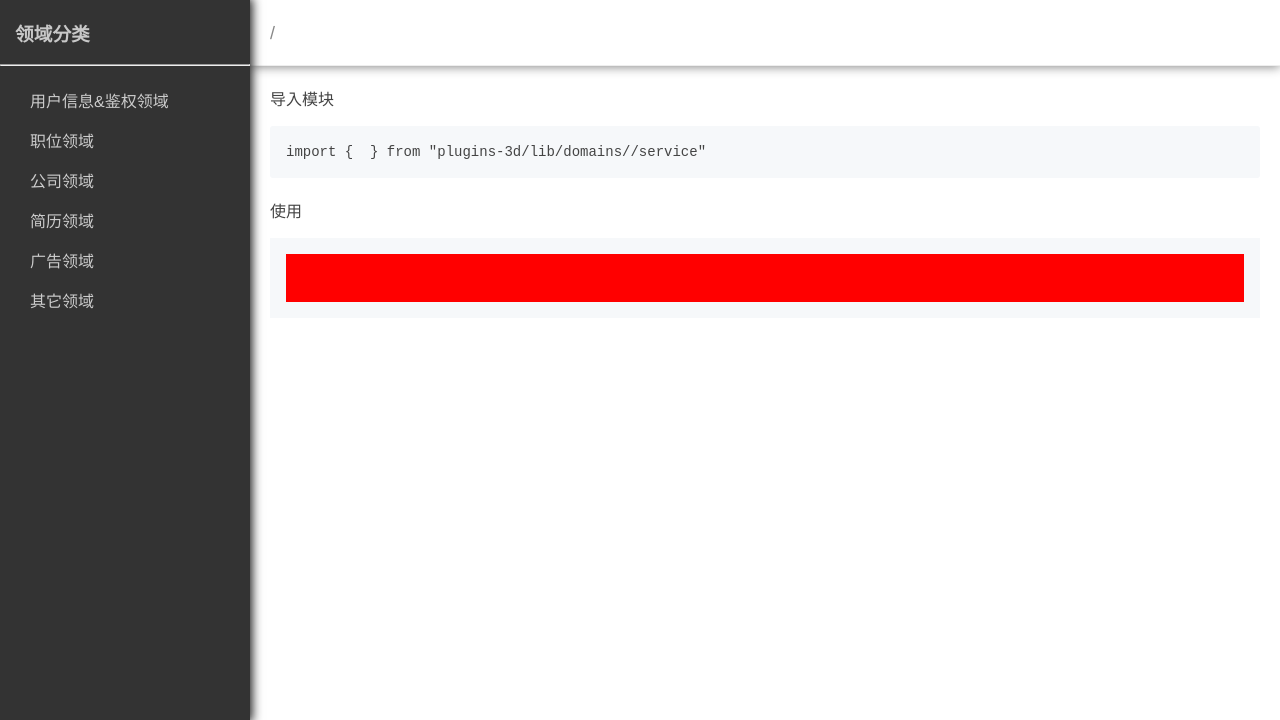
Repository: lsliangshan/inig-3d-doc
Page: /detail
An editor plug-in stored every save of this project. The page is shown before and after the next save, followed by the edit.
The browser window is 1280 px wide. The pictures show the whole page.
An inner scrolling area shows only its first screen. The project was rebuilt for these pictures with package versions that can differ from the ones it lists, and the page was loaded fresh each time. Also part of the build but not shown: vue.config.js, src/components/HelloWorld.vue, src/views/Home.vue, src/components/User.vue, src/components/Position.vue, src/components/Company.vue, src/components/Resume.vue, src/components/Ads.vue and 1 more. Imported but missing from the stored project, and not drawn on this page: ../plugins-3d/lib/domains/job/service, ../plugins-3d/lib/domains/user/service.

Above is the page before, as saved 2019-08-08 21:32:06.

### public/index.html
<!DOCTYPE html>
<html lang="en">
  <head>
    <meta charset="utf-8">
    <meta http-equiv="X-UA-Compatible" content="IE=edge">
    <meta name="viewport" content="width=device-width,initial-scale=1.0">
    <link rel="icon" href="<%= BASE_URL %>favicon.ico">
    <title>test-3d</title>
  </head>
  <body>
    <noscript>
      <strong>We're sorry but test-3d doesn't work properly without JavaScript enabled. Please enable it to continue.</strong>
    </noscript>
    <div id="app"></div>
    <!-- built files will be auto injected -->
  </body>
</html>

### src/App.vue
<template>
  <div id="app">
    <div class="nav">
      <h3>领域分类</h3>
      <hr>
      <ul>
        <li v-for="(domain, index) in menus"
            :key="index">
          <a href="javascript: void(0)"
             :class="{active: $route.params && (domain.name === $route.params.domain) }"
             @click="toggleMenu(index)">{{domain.label}}</a>
          <div class="sub_items"
               :style="{height: index === openedMenu ? (domain.children.length * 40 + (domain.children.length > 0 ? 20 : 0) + 'px') : 0}">
            <div class="sub_item_inner"
                 :style="{padding: domain.children.length > 0 ? '5px 15px' : '0'}">
              <div class="sub_item"
                   v-for="(item, index) in domain.children"
                   :key="index">
                <a href="javascript: void(0)"
                   :class="{active: $route.params.methods === item.name}"
                   @click="navigateTo(domain.name, item.name, item.params, item.label)">{{item.label}}</a>
              </div>
            </div>
          </div>
        </li>
      </ul>
    </div>
    <div class="content">
      <div class="inner">
        <router-view :params="currentParems" />
      </div>
    </div>
    <all-svgs></all-svgs>
  </div>
</template>
<script>
  export default {
    name: 'App',
    components: {
      AllSvgs: () => import('./Svgs')
    },
    data () {
      return {
        openedMenu: -1,
        activeSubMenu: '',
        currentParems: {},
        menus: [
          {
            label: '用户信息&鉴权领域',
            name: 'user',
            children: [
              {
                label: '登录',
                name: 'login',
                params: {
                  'username': {
                    type: 'String',
                    default: 'ls',
                    label: '用户名'
                  },
                  'password': {
                    type: 'String',
                    default: '123123',
                    label: '密码'
                  }
                }
              },
              {
                label: '注册',
                name: 'register',
                params: {}
              },
              {
                label: '获取用户详情',
                name: 'getUserDetail',
                params: {}
              }
            ]
          },
          {
            label: '职位领域',
            name: 'job',
            children: [
              {
                label: '获取职位详情',
                name: 'requestJobDetail',
                params: {
                  'number': {
                    type: 'String',
                    default: '',
                    label: '职位详情'
                  }
                }
              },
              {
                label: '获取相似职位',
                name: 'requestSimilarJobs',
                params: {
                  'number': {
                    type: 'String',
                    default: '',
                    label: '职位详情'
                  }
                }
              },
              {
                label: '获取在招职位',
                name: 'requestAreaJobs',
                params: {
                  'number': {
                    type: 'String',
                    default: '',
                    label: '职位详情'
                  }
                }
              },
              {
                label: '获取在招职位所在城市',
                name: 'requestAreaJobCity',
                params: {
                  'number': {
                    type: 'String',
                    default: '',
                    label: '职位详情'
                  }
                }
              },
              {
                label: '收藏职位',
                name: 'requestJobCollection',
                params: {
                  'number': {
                    type: 'String',
                    default: '',
                    label: '职位详情'
                  }
                }
              },
              {
                label: '投递职位',
                name: 'requestJobDeliver',
                params: {
                  'number': {
                    type: 'String',
                    default: '',
                    label: '职位详情'
                  }
                }
              },
              {
                label: '获取职位投递状态',
                name: 'requestJobDeliverStatus',
                params: {
                  'number': {
                    type: 'String',
                    default: '',
                    label: '职位详情'
                  }
                }
              },
              {
                label: '获取最佳雇主',
                name: 'requestBestEmployer',
                params: {
                  'number': {
                    type: 'String',
                    default: '',
                    label: '职位详情'
                  }
                }
              },
              {
                label: '获取最佳雇主评论',
                name: 'requestBestEmployerComment',
                params: {
                  'number': {
                    type: 'String',
                    default: '',
                    label: '职位详情'
                  }
                }
              },
              {
                label: '获取职位的小程序二维码',
                name: 'requestJobMpQrcode',
                params: {
                  'number': {
                    type: 'String',
                    default: '',
                    label: '职位详情'
                  }
                }
              }
            ]
          },
          {
            label: '公司领域',
            name: 'company',
            children: [

            ]
          },
          {
            label: '简历领域',
            name: 'resume',
            children: [

            ]
          },
          {
            label: '广告领域',
            name: 'ads',
            children: [

            ]
          },
          {
            label: '其它领域',
            name: 'other',
            children: [

            ]
          }
        ]
      }
    },
    created () {
      this.openedMenu = this.findOpenedMenuIndex()
      this.currentParems = this.findCurrentParams()
    },
    methods: {
      toggleMenu (index) {
        this.openedMenu = (this.openedMenu === index ? -1 : index)
      },
      findCurrentParams () {
        let i = 0
        let menus = this.menus
        let outParams = []
        for (i; i < menus.length; i++) {
          if (menus[i].name != this.$route.params.domain) {
            continue
          } else {
            for (let j = 0; j < menus[i].children.length; j++) {
              if (menus[i].children[j].name !== this.$route.params.methods) {
                continue
              } else {
                outParams = menus[i].children[j].params
                j = menus[i].children.length
              }
            }
          }
        }
        return outParams
      },
      findOpenedMenuIndex () {
        let i = 0
        let outIndex = -1
        let menus = this.menus
        for (i; i < menus.length; i++) {
          if (this.$route.params.domain === menus[i].name) {
            outIndex = i
            i = menus.length
          }
        }
        return outIndex
      },
      navigateTo (domain, methods, params, label) {
        this.currentParems = params
        document.title = label
        this.$router.replace({
          path: '/' + domain + '/' + methods
        })
      }
    }
  }
</script>

<style>
  body,
  html {
    width: 100%;
    height: 100%;
    padding: 0;
    margin: 0;
  }
  #app {
    font-family: "Avenir", Helvetica, Arial, sans-serif;
    -webkit-font-smoothing: antialiased;
    -moz-osx-font-smoothing: grayscale;
    color: #2c3e50;
    width: 100%;
    height: 100%;
    display: flex;
    flex-direction: row;
  }
  .nav {
    width: 250px;
    height: 100%;
    background-color: #333;
    box-shadow: 0 0 10px 2px #111;
    z-index: 2;
  }
  .nav h3 {
    padding: 0 15px;
    box-sizing: border-box;
    color: #c8c8c8;
  }
  .nav ul {
    height: calc(100% - 100px);
    overflow-y: auto;
  }
  .nav ul li {
    list-style: none;
  }
  .nav ul li {
    position: relative;
    /* height: 48px; */
    display: flex;
    flex-direction: column;
  }
  .nav ul li > a {
    line-height: 40px;
    color: #ccc;
    text-decoration: none;
    transition: color 0.1s ease-in-out;
  }
  .nav ul li > a:hover {
    color: #aaa;
  }
  .nav ul li > a.active {
    color: #42b983 !important;
  }
  .nav ul {
    padding-left: 30px;
  }
  .nav .sub_items {
    width: 100%;
    transition: all 0.25s cubic-bezier(0.215, 0.61, 0.355, 1);
    transform-origin: 50% 0;
    overflow: hidden;
  }
  .nav .sub_items .sub_item_inner {
    box-sizing: border-box;
    background-color: #383838;
    border-radius: 5px;
    box-shadow: 0 0 10px #303030 inset;
  }
  .nav .sub_items .sub_item_inner .sub_item > a {
    display: flex;
    font-size: 14px;
    color: #888;
    line-height: 40px;
    text-decoration: none;
    transition: all 0.1s linear;
  }
  .nav .sub_items .sub_item_inner .sub_item > a:hover {
    color: #ccc;
  }
  .nav .sub_items .sub_item_inner .sub_item > a.active {
    color: #42b983 !important;
    font-size: 15px;
  }

  .content {
    flex: 1;
    height: 100%;
    overflow-y: auto;
    /* padding: 15px; */
    box-sizing: border-box;
    display: flex;
    flex-direction: row;
    align-items: flex-start;
  }
  .content .inner {
    width: 100%;
    height: 100%;
  }
</style>

### src/router.js
import Vue from 'vue'
import Router from 'vue-router'
import Home from './views/Home.vue'
import DomainUser from './components/User'
import DomainPosition from './components/Position'
import DomainCompany from './components/Company'
import DomainResume from './components/Resume'
import DomainAds from './components/Ads'
import DomainOther from './components/Other'

import DomainDetail from './components/Detail'

Vue.use(Router)

export default new Router({
  mode: 'history',
  base: process.env.BASE_URL,
  routes: [
    {
      path: '/',
      redirect: '/user'
    },
    {
      path: '/user',
      name: 'DomainUser',
      // route level code-splitting
      // this generates a separate chunk (about.[hash].js) for this route
      // which is lazy-loaded when the route is visited.
      // component: () => import(/* webpackChunkName: "about" */ './components/User.vue')
      component: DomainUser
    },
    {
      path: '/position',
      name: 'DomainPosition',
      component: DomainPosition
    },
    {
      path: '/company',
      name: 'DomainCompany',
      component: DomainCompany
    },
    {
      path: '/resume',
      name: 'DomainResume',
      component: DomainResume
    },
    {
      path: '/ads',
      name: 'DomainAds',
      component: DomainAds
    },
    {
      path: '/other',
      name: 'DomainOther',
      component: DomainOther
    },
    {
      path: '/:domain/:methods',
      name: 'Detail',
      component: DomainDetail
    },
    {
      path: '/detail',
      name: 'Detail2',
      component: DomainDetail
    }
  ]
})

### src/Svgs.vue
<template>
  <svg xmlns="http://www.w3.org/2000/svg"
       xmlnsXlink="http://www.w3.org/1999/xlink"
       style="position: absolute; width: 0; height: 0">
    <defs>

      <symbol viewBox="0 0 1024 1024"
              id="copy">
        <path d="M672 832 224 832c-52.928 0-96-43.072-96-96L128 160c0-52.928 43.072-96 96-96l448 0c52.928 0 96 43.072 96 96l0 576C768 788.928 724.928 832 672 832zM224 128C206.368 128 192 142.368 192 160l0 576c0 17.664 14.368 32 32 32l448 0c17.664 0 32-14.336 32-32L704 160c0-17.632-14.336-32-32-32L224 128zM800 960 320 960c-17.664 0-32-14.304-32-32s14.336-32 32-32l480 0c17.664 0 32-14.336 32-32L832 256c0-17.664 14.304-32 32-32s32 14.336 32 32l0 608C896 916.928 852.928 960 800 960zM544 320 288 320c-17.664 0-32-14.336-32-32s14.336-32 32-32l256 0c17.696 0 32 14.336 32 32S561.696 320 544 320zM608 480 288.032 480c-17.664 0-32-14.336-32-32s14.336-32 32-32L608 416c17.696 0 32 14.336 32 32S625.696 480 608 480zM608 640 288 640c-17.664 0-32-14.304-32-32s14.336-32 32-32l320 0c17.696 0 32 14.304 32 32S625.696 640 608 640z"></path>
      </symbol>

    </defs>
  </svg>
</template>

### src/components/Detail.vue
<template>
  <div class="detail_container">
    <headers></headers>
    <div class="detail_content_container">
      <detail-content :params="params"></detail-content>
    </div>
    <!-- <p v-if="$route.params.domain">领域：{{$route.params.domain}}</p>
    <p v-if="$route.params.methods">方法：{{$route.params.methods}}</p> -->
  </div>
</template>
<style scoped>
  .detail_container {
    width: 100%;
    height: 100%;
  }
  .detail_content_container {
    width: 100%;
    height: calc(100% - 66px);
    box-sizing: border-box;
  }
</style>

<script>
  export default {
    name: 'Detail',
    components: {
      Headers: () => import('./parts/Headers.vue'),
      DetailContent: () => import('./parts/DetailContent.vue')
    },
    props: {
      params: {
        type: Object,
        default () {
          return {}
        }
      }
    },
    data () {
      return {}
    },
    mounted () {

    }
  }
</script>

### src/components/parts/Headers.vue
<template>
  <div class="detail_header">
    <a href="javascript: void(0)">{{$route.params.domain}} / {{$route.params.methods}}</a>
    <!-- <div class="detail_header_right">
      <div class="import_text"
           :class="{show: !miniScreen}"
           title="点击复制">
        import { {{$route.params.methods}} } from "plugins-3d/lib/domains/{{$route.params.domain}}/service"
      </div>
      <svg>
        <use xlink:href="#copy"></use>
      </svg>
    </div> -->
  </div>
</template>
<style scoped>
  .detail_header {
    position: sticky;
    top: 0;
    width: 100%;
    height: 66px;
    background-color: #fff;
    box-shadow: 0 1px 10px #888;
    padding: 0 20px;
    box-sizing: border-box;
    border-bottom: 1px solid #eee;
    display: flex;
    flex-direction: row;
    align-items: center;
    justify-content: space-between;
  }
  .detail_header a {
    max-width: 320px;
    height: 66px;
    font-size: 18px;
    color: #888;
    line-height: 40px;
    text-decoration: none;
    display: inline-flex;
    flex-direction: row;
    align-items: center;
    justify-content: flex-start;
  }
  .detail_header_right {
    height: 66px;
    width: calc(100% - 320px);
    display: inline-flex;
    flex-direction: row;
    align-items: center;
    justify-content: flex-end;
  }
  .import_text {
    max-width: 80%;
    margin-right: 15px;
    color: #888;
    text-align: right;
    transition: all 0.03s ease-in-out;
    opacity: 0;
  }
  .import_text.show {
    opacity: 1;
  }
  .detail_header_right svg {
    width: 24px;
    height: 24px;
    fill: #888;
    transition: all 0.2s linear;
    cursor: pointer;
  }
  .detail_header_right svg:hover {
    fill: #333;
  }
</style>

<script>
  export default {
    name: 'DetailHeader',
    props: {},
    data () {
      return {
        miniScreen: true
      }
    },
    mounted () {
      window.addEventListener('resize', this.resetMiniScreen, false)
    },
    methods: {
      resetMiniScreen () {
        this.miniScreen = (document.documentElement.offsetWidth < 1200)
      }
    }
  }
</script>

### src/components/parts/DetailContent.vue
<template>
  <div class="detail_container">
    <div class="highlight">
      <p>导入模块</p>
      <div class="highlight_code">
        <pre>import { {{$route.params.methods}} } from "plugins-3d/lib/domains/{{$route.params.domain}}/service"</pre>
        <svg>
          <use xlink:href="#copy"></use>
        </svg>
      </div>
    </div>
    <div class="highlight">
      <p>使用</p>
      <!-- <pre>{{JSON.stringify(params, null, 2)}}</pre> -->
      <div class="">
        <form class="methods_form"
              action="">
          <div class="form_item"
               v-for="(value, key) in params"
               :key="key">
            <label :for="key">{{value.label}}
              <pre style="display: inline;">&#9;</pre>
            </label>
            <input type="text"
                   class="custom_input"
                   :id="key"
                   :value="value.default"
                   :placeholder="'请输入' + value.label"
                   :name="key" />
          </div>
          <div class="form_footer"></div>
        </form>
      </div>
    </div>
    <div class="detail_content"
         style="height: 2000px;"></div>
  </div>
</template>
<style scoped>
  .detail_container {
    width: 100%;
    height: 100%;
    color: #444;
    overflow: auto;
  }
  .import_text {
    position: sticky;
    left: 0;
    top: 0;
    width: 100%;
    height: 48px;
    padding: 0 20px;
    box-sizing: border-box;
    display: flex;
    flex-direction: row;
    align-items: center;
    justify-content: flex-start;
    background-color: #ffffff;
  }
  .highlight {
    padding: 0 20px;
    margin-top: 20px;
    box-sizing: border-box;
  }
  .highlight_code {
    position: relative;
  }
  .highlight_code pre {
    background-color: #f6f8fa;
    border-radius: 3px;
    font-size: 14px;
    line-height: 1.45;
    overflow: auto;
    padding: 16px;
  }
  .highlight_code svg {
    fill: #444;
    position: absolute;
    top: 5px;
    right: 5px;
    width: 20px;
    height: 20px;
    display: flex;
    flex-direction: row;
    align-items: center;
    justify-content: center;
    cursor: pointer;
    opacity: 0;
    transition: all 0.2s ease-in-out;
  }
  .highlight_code:hover svg {
    opacity: 1;
  }

  .methods_form {
    width: 100%;
    padding: 16px;
    box-sizing: border-box;
    background-color: #f6f8fa;
    display: flex;
    flex-direction: column;
  }
  .methods_form .form_item {
    width: 100%;
    margin: 10px 0;
  }
  .custom_input {
    display: inline-block;
    width: 200px;
    height: 32px;
    line-height: 1.5;
    padding: 4px 7px;
    box-sizing: border-box;
    font-size: 14px;
    border: 1px solid #dcdee2;
    border-radius: 4px;
    color: #515a6e;
    background-color: #fff;
    background-image: none;
    position: relative;
    cursor: text;
    transition: border 0.2s ease-in-out, background 0.2s ease-in-out,
      box-shadow 0.2s ease-in-out;
  }
  .form_footer {
    width: 100%;
    height: 48px;
    background-color: red;
  }
</style>

<script>
  export default {
    name: 'DetailContent',
    props: {
      params: {
        type: Object,
        default () {
          return {}
        }
      }
    },
    data () {
      return {}
    }
  }
</script>

Loaded but not shown: src/main.js (common file); src/store.js (common file)

After the next save:
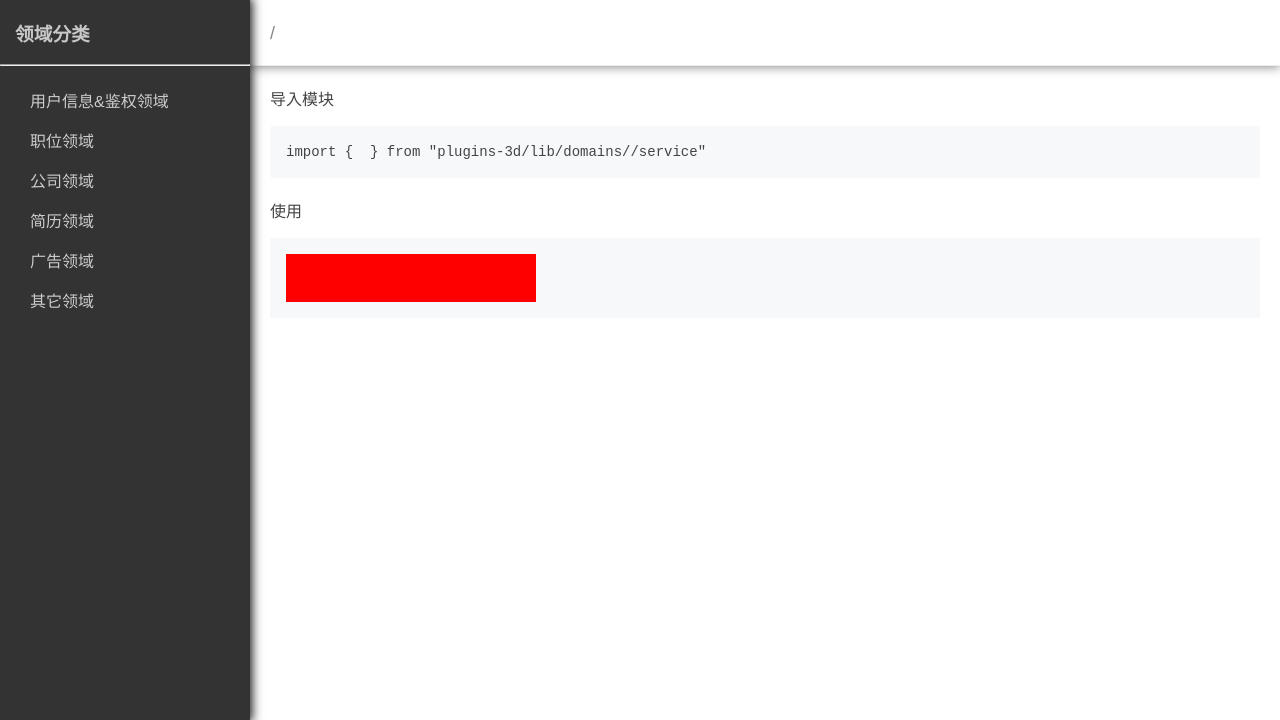
Saved 19 s later.
--- a/src/components/parts/DetailContent.vue
+++ b/src/components/parts/DetailContent.vue
@@ -123,7 +123,7 @@
       box-shadow 0.2s ease-in-out;
   }
   .form_footer {
-    width: 100%;
+    width: 250px;
     height: 48px;
     background-color: red;
   }
